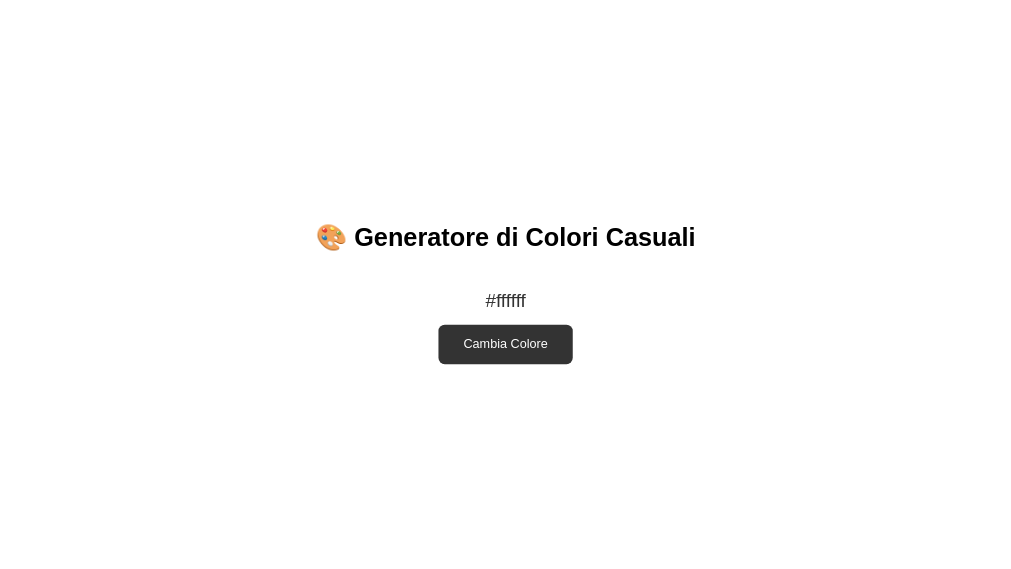
Repository: Probyte5D/Armocromia-website
Page: index.html
The author's editor kept a copy of each file at every save. The page is drawn from the files as they stood at one save, then again after the next save.
The browser window is 1280 px wide. The pictures show the whole page, at 79% of full size.

Above is the page before, as saved 2025-04-17 20:10:26.

After the next save:
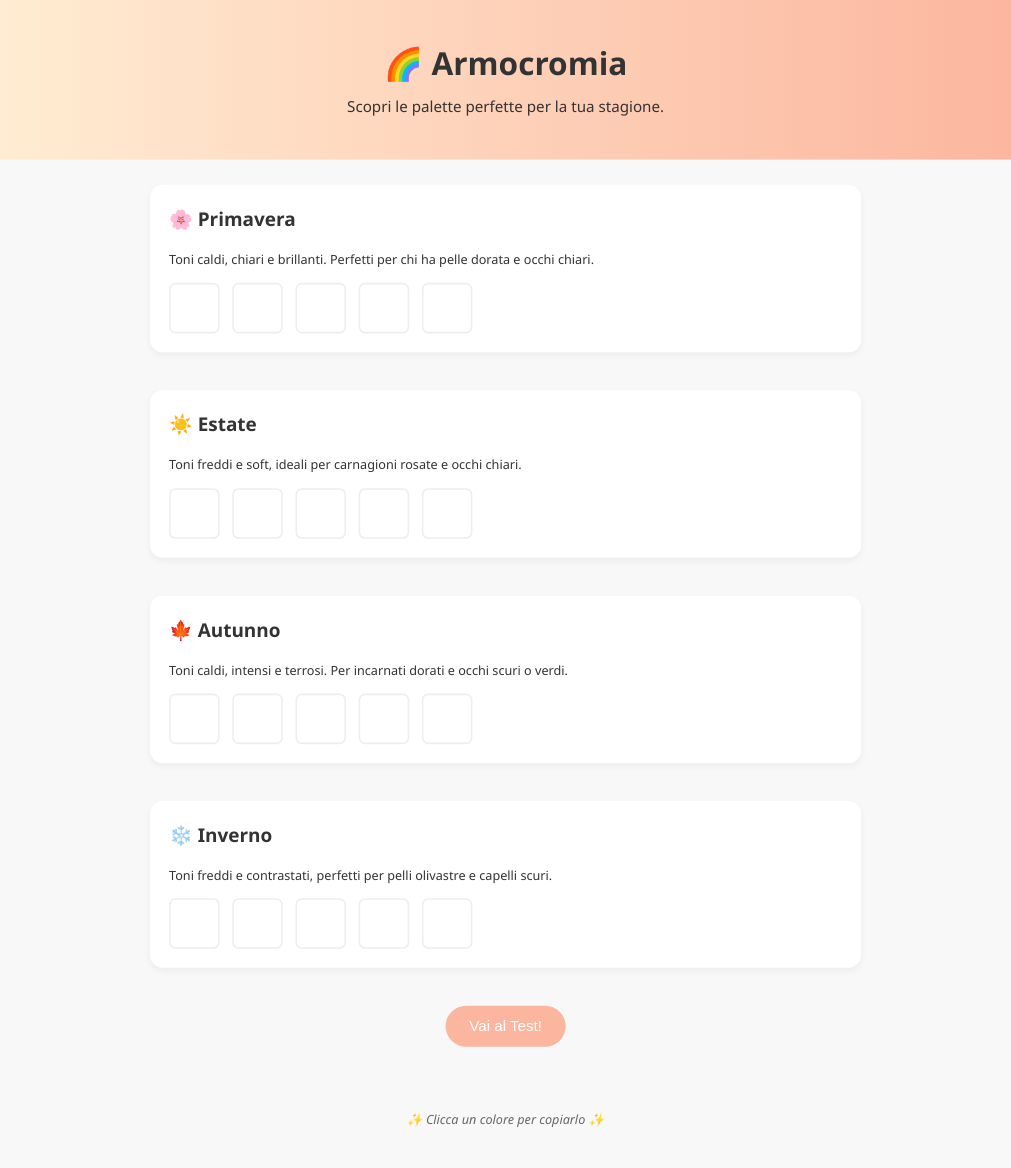
Console error: TypeError: Cannot read properties of null (reading 'addEventListener')
Saved 11 s later.
--- a/index.html
+++ b/index.html
@@ -2,67 +2,78 @@
 <html lang="it">
 <head>
   <meta charset="UTF-8" />
-  <meta name="viewport" content="width=device-width, initial-scale=1.0"/>
-  <title>Generatore di Colori Casuali</title>
-  <style>
-    body {
-      display: flex;
-      flex-direction: column;
-      align-items: center;
-      justify-content: center;
-      height: 100vh;
-      margin: 0;
-      font-family: Arial, sans-serif;
-      background-color: #ffffff;
-      transition: background-color 0.3s ease;
-    }
-
-    h1 {
-      margin-bottom: 2rem;
-    }
-
-    #colorCode {
-      font-size: 1.5rem;
-      margin: 1rem 0;
-      color: #333;
-    }
-
-    button {
-      padding: 1rem 2rem;
-      font-size: 1rem;
-      border: none;
-      background-color: #333;
-      color: #fff;
-      border-radius: 8px;
-      cursor: pointer;
-      transition: background 0.3s;
-    }
-
-    button:hover {
-      background-color: #555;
-    }
-  </style>
+  <meta name="viewport" content="width=device-width, initial-scale=1.0" />
+  <title>Armocromia - Scopri la tua stagione</title>
+  <link rel="stylesheet" href="style.css" />
 </head>
 <body>
-  <h1>🎨 Generatore di Colori Casuali</h1>
-  <div id="colorCode">#ffffff</div>
-  <button onclick="cambiaColore()">Cambia Colore</button>
+  <header>
+    <h1>🌈 Armocromia</h1>
+    <p>Scopri le palette perfette per la tua stagione.</p>
+  </header>
 
-  <script>
-    function generaColore() {
-      const lettere = "0123456789ABCDEF";
-      let colore = "#";
-      for (let i = 0; i < 6; i++) {
-        colore += lettere[Math.floor(Math.random() * 16)];
-      }
-      return colore;
-    }
+  <main>
+    <section class="season primavera">
+      <h2>🌸 Primavera</h2>
+      <p>Toni caldi, chiari e brillanti. Perfetti per chi ha pelle dorata e occhi chiari.</p>
+      <div class="palette">
+        <div class="color" data-color="#FFD1DC"></div>
+        <div class="color" data-color="#FFFACD"></div>
+        <div class="color" data-color="#E0BBE4"></div>
+        <div class="color" data-color="#FFB347"></div>
+        <div class="color" data-color="#B5EAD7"></div>
+      </div>
+    </section>
 
-    function cambiaColore() {
-      const nuovoColore = generaColore();
-      document.body.style.backgroundColor = nuovoColore;
-      document.getElementById("colorCode").textContent = nuovoColore;
-    }
-  </script>
+    <section class="season estate">
+      <h2>☀️ Estate</h2>
+      <p>Toni freddi e soft, ideali per carnagioni rosate e occhi chiari.</p>
+      <div class="palette">
+        <div class="color" data-color="#BFD7EA"></div>
+        <div class="color" data-color="#D6E2E9"></div>
+        <div class="color" data-color="#A2D2FF"></div>
+        <div class="color" data-color="#CDB4DB"></div>
+        <div class="color" data-color="#E2F0CB"></div>
+      </div>
+    </section>
+
+    <section class="season autunno">
+      <h2>🍁 Autunno</h2>
+      <p>Toni caldi, intensi e terrosi. Per incarnati dorati e occhi scuri o verdi.</p>
+      <div class="palette">
+        <div class="color" data-color="#D2691E"></div>
+        <div class="color" data-color="#C3B091"></div>
+        <div class="color" data-color="#A0522D"></div>
+        <div class="color" data-color="#F4A460"></div>
+        <div class="color" data-color="#B22222"></div>
+      </div>
+    </section>
+
+    <section class="season inverno">
+      <h2>❄️ Inverno</h2>
+      <p>Toni freddi e contrastati, perfetti per pelli olivastre e capelli scuri.</p>
+      <div class="palette">
+        <div class="color" data-color="#000000"></div>
+        <div class="color" data-color="#4169E1"></div>
+        <div class="color" data-color="#8A2BE2"></div>
+        <div class="color" data-color="#FF1493"></div>
+        <div class="color" data-color="#00CED1"></div>
+      </div>
+    </section>
+
+    <!-- Bottone per andare al test -->
+    <section class="test-link">
+      <a href="test.html">
+        <button id="vai-al-test">Vai al Test!</button>
+      </a>
+    </section>
+
+  </main>
+
+  <footer>
+    <p>✨ Clicca un colore per copiarlo ✨</p>
+  </footer>
+
+  <script src="script.js"></script>
 </body>
 </html>
